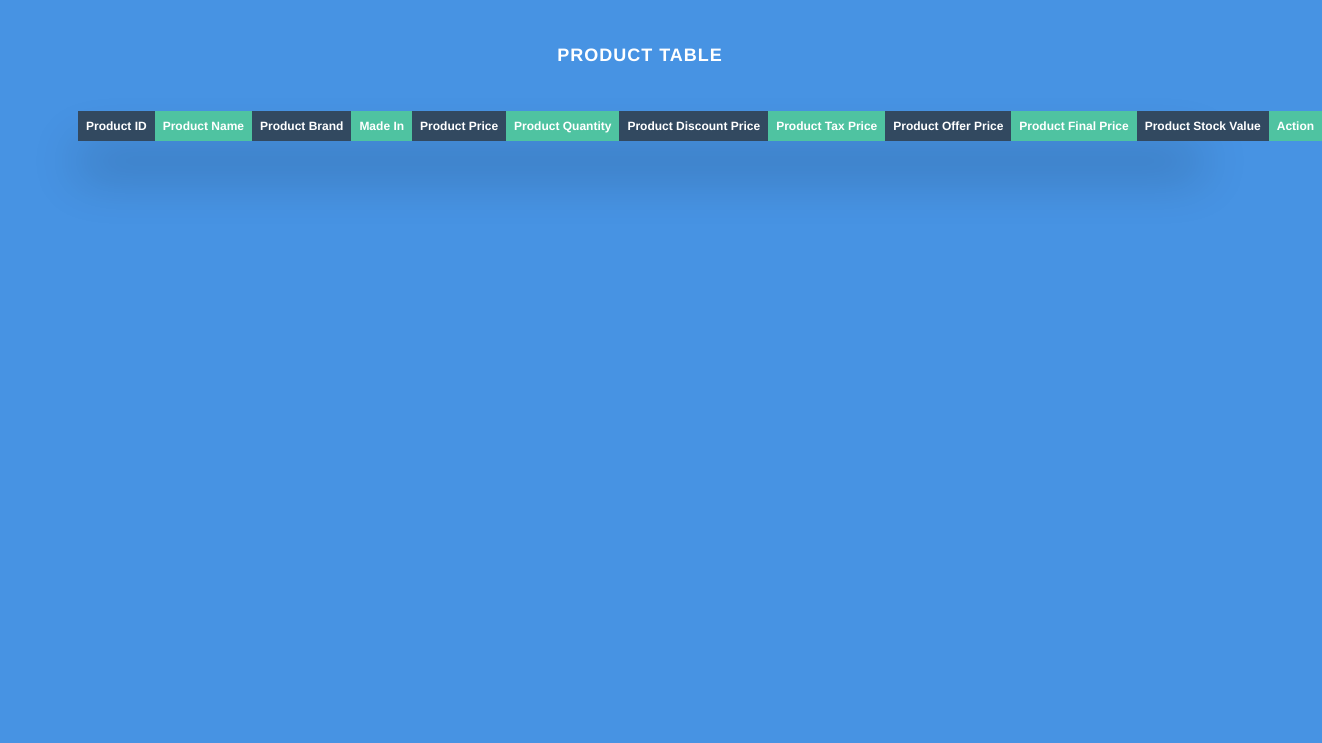
Repository: Prishu1310/SpringBootProjects
Page: http://localhost/product-list
An editor plug-in stored every save of this project. The page is shown before and after the next save, followed by the edit.
The browser window is 1280 px wide. The page is 1322 px wide, then 1280 px, then 1322 px, so the pictures cover 1322 px, including what lies to the right of the window. The pictures show the whole page.
The page is this project's Thymeleaf template; nobody is signed in. The template is opened directly, without the code that normally fills it, so the values that code supplies are empty.

Above is the page before, as saved 2024-12-21 17:39:42.

After the next save:
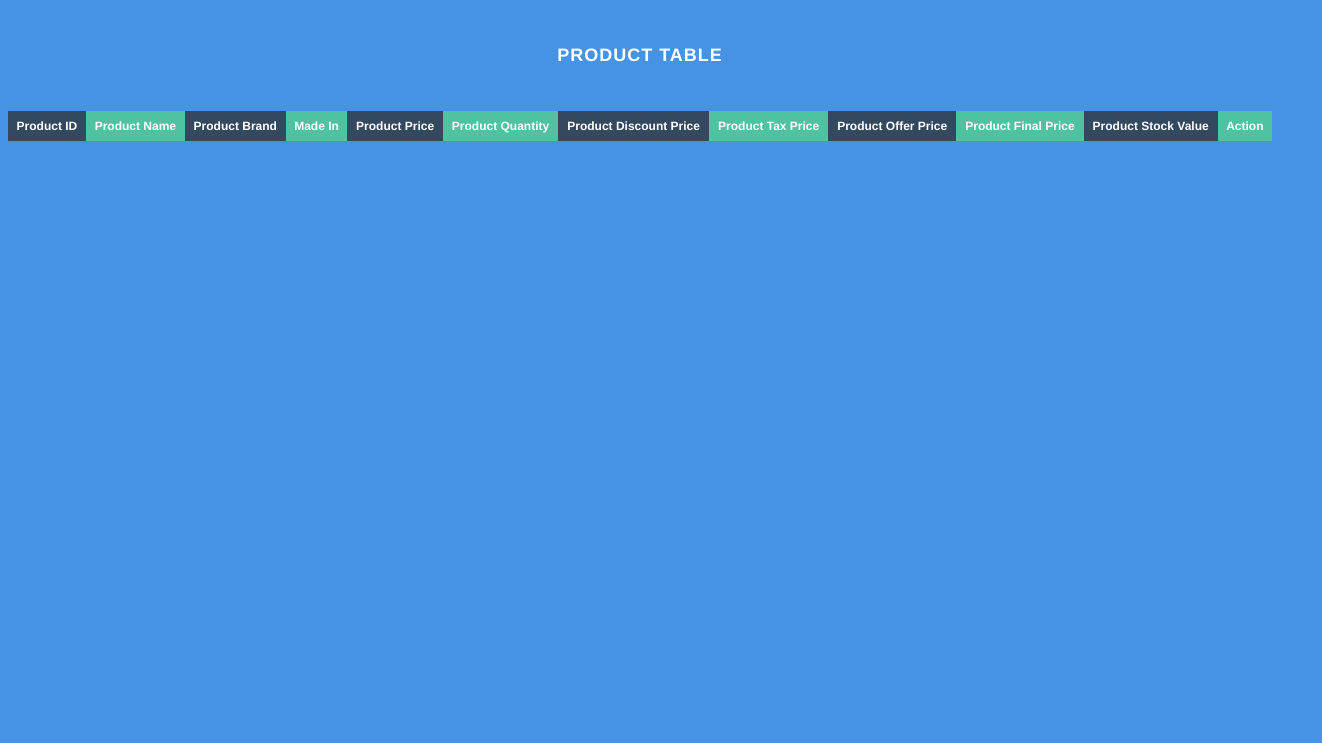
Saved 30 s later.
--- a/com.springbootmvc/src/main/resources/templates/product-list.html
+++ b/com.springbootmvc/src/main/resources/templates/product-list.html
@@ -249,7 +249,7 @@
       </div>
 
 	<h2>Product Table</h2>
-	<div class="table-wrapper">
+	<div >
     <table class="fl-table">
         <thead>
             <tr>

After the save that followed:
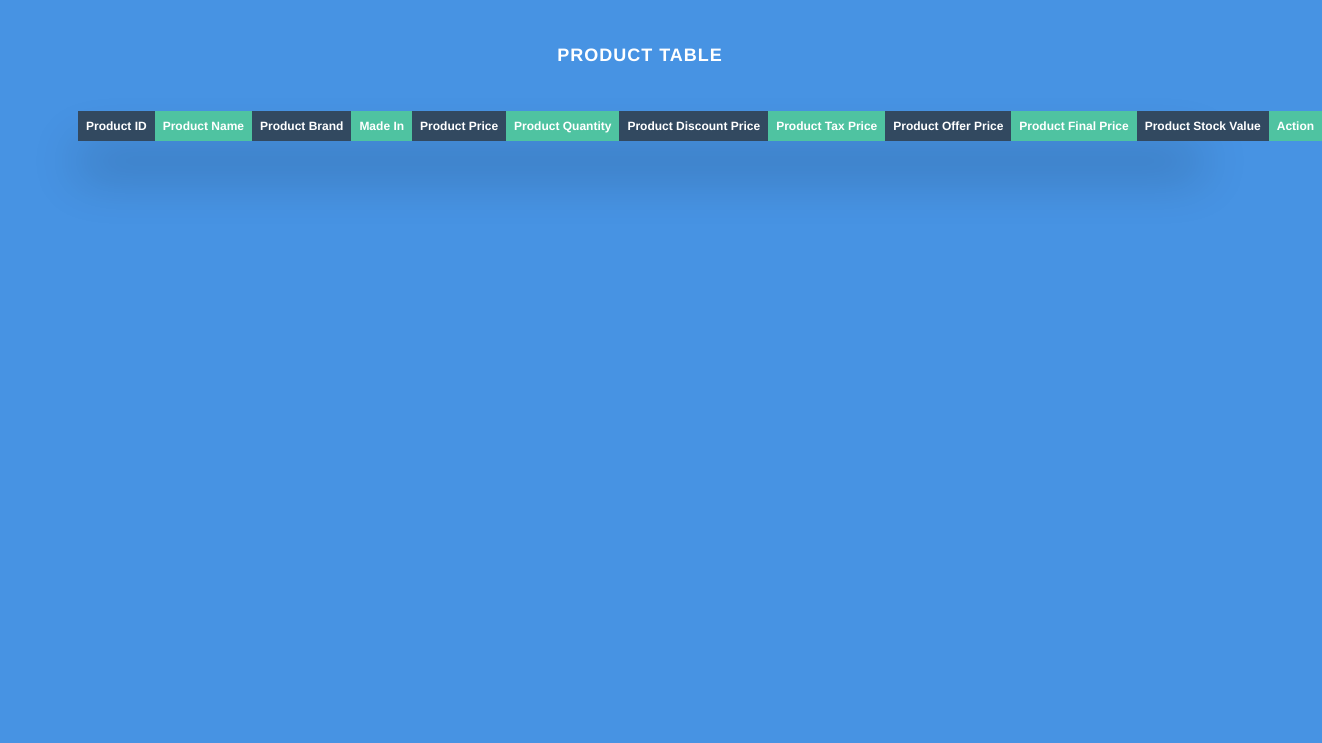
Saved 10 s later.
--- a/com.springbootmvc/src/main/resources/templates/product-list.html
+++ b/com.springbootmvc/src/main/resources/templates/product-list.html
@@ -249,7 +249,7 @@
       </div>
 
 	<h2>Product Table</h2>
-	<div >
+	<div class="table-wrapper">
     <table class="fl-table">
         <thead>
             <tr>
